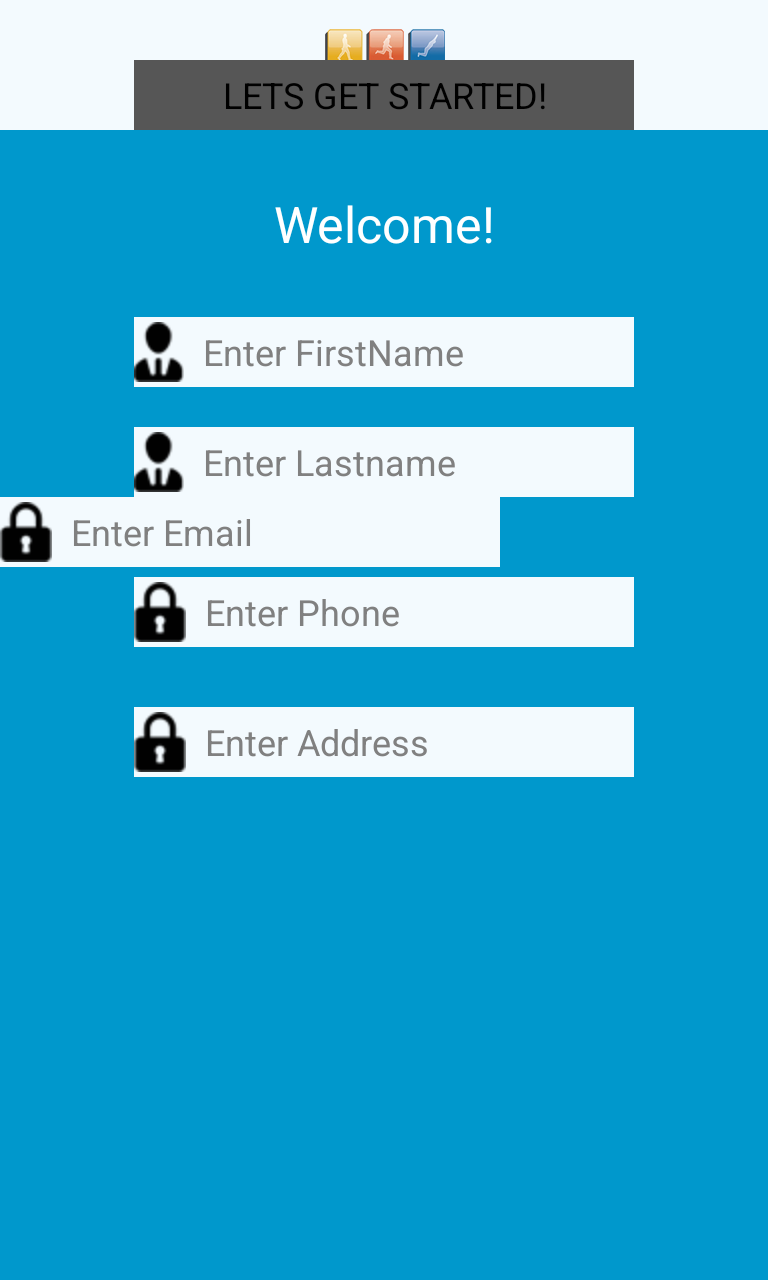
Repository: nanoweb12/GoodFeetAppNew
Layout: GoodFeetapp/res/layout/lookup_crm.xml
The author's editor kept a copy of each file at every save. The layout is drawn from the files as they stood at one save, then again after the next save.
It is drawn on a 768 x 1280 px phone screen (xhdpi) without system bars, with theme MyTheme; the app's code is not run.

Above is the layout before, as saved 2015-02-20 05:44:18.

### GoodFeetapp/res/layout/lookup_crm.xml
<?xml version="1.0" encoding="utf-8"?>
<RelativeLayout xmlns:android="http://schemas.android.com/apk/res/android"
    android:layout_width="match_parent"
    android:layout_height="match_parent"
    android:orientation="vertical"
     android:background="#0098cc">


       <LinearLayout
        android:id="@+id/appicon"
        android:layout_width="match_parent"
        android:layout_height="65dp"
        android:background="#f3fafe"
        android:gravity="center"
        android:orientation="horizontal" >

        <ImageView
            android:layout_width="wrap_content"
            android:layout_marginTop="9dp"
            android:layout_marginBottom="9dp"
            android:layout_height="wrap_content"
            android:layout_gravity="center"
            android:scaleType="fitCenter"
            android:src="@drawable/logo3" />
    </LinearLayout>

      <TextView
        android:id="@+id/txt_welcomel"
        android:layout_width="fill_parent"
        android:layout_height="wrap_content"
        android:layout_below="@+id/appicon"
        android:layout_marginTop="30dp"
        android:gravity="center_horizontal"
        android:text="Welcome!"
        android:textColor="#ffffff"
        android:textSize="25sp" />

    <EditText
        android:id="@+id/edt_Fname"
        android:layout_width="250dp"
        android:layout_height="35dp"
        android:layout_below="@+id/txt_welcomel"
        android:layout_centerInParent="true"
        android:layout_marginTop="30dp"
        android:background="#f3fafe"
        android:drawableLeft="@drawable/men"
        android:drawablePadding="5dp"
        android:editable="true"
        android:hint=" Enter FirstName" />

    <EditText
        android:id="@+id/edt_Lname"
        android:layout_width="250dp"
        android:layout_height="35dp"
        android:layout_below="@+id/edt_Fname"
        android:layout_centerHorizontal="true"
        android:layout_marginTop="20dp"
        android:background="#f3fafe"
        android:drawableLeft="@drawable/men"
        android:drawablePadding="5dp"
        android:editable="true"
        android:hint=" Enter Lastname" />

      <EditText
        android:id="@+id/edt_email"
        android:layout_width="250dp"
        android:layout_height="35dp"
        android:layout_below="@+id/edt_Lname"


        android:background="#f3fafe"
        android:drawableLeft="@drawable/lock"
        android:drawablePadding="5dp"
        android:editable="true"
        android:hint=" Enter Email" />



        <EditText
        android:id="@+id/edt_phone"
        android:layout_width="250dp"
        android:layout_height="35dp"
        android:layout_below="@+id/edt_Lname"
        android:layout_centerHorizontal="true"
        android:layout_marginTop="40dp"
        android:background="#f3fafe"
        android:drawableLeft="@drawable/lock"
        android:drawablePadding="5dp"
        android:editable="true"
        android:hint=" Enter Phone" />




        <EditText
        android:id="@+id/edt_address"
        android:layout_width="250dp"
        android:layout_height="35dp"
        android:layout_below="@+id/edt_phone"
        android:layout_centerHorizontal="true"
        android:layout_marginTop="30dp"
        android:background="#f3fafe"
        android:drawableLeft="@drawable/lock"
        android:drawablePadding="5dp"
        android:editable="true"
        android:hint=" Enter Address" />


    <Button
        android:id="@+id/btn_getstart"
        android:layout_width="250dp"
        android:layout_height="35dp"
        android:layout_below="@+id/email"
        android:layout_centerHorizontal="true"
        android:layout_marginTop="30dp"
        android:background="#565656"
        android:gravity="center"
        android:text="LETS GET STARTED!" />




</RelativeLayout>

### GoodFeetapp/res/values-v11/styles.xml
<resources>
    <style name="MyTheme" parent="@android:style/Theme.Holo.Light">

    </style>

    <style name="MyActionBar" parent="@android:style/Widget.Holo.Light.ActionBar">
    <item name="android:actionBarSize">70dip</item>
         <item name="android:background">#D3D3D3</item>
    </style>
</resources>

### GoodFeetapp/res/values-v14/styles.xml
<!-- <resources>
    the theme applied to the application or activity
    <style name="CustomActionBarTheme"
           parent="@android:style/Theme.Holo.Light.DarkActionBar">

    </style>

    ActionBar styles
    <style name="MyActionBar"
           parent="@android:style/Widget.Holo.Light.ActionBar.Solid.Inverse">
       <item name="android:actionBarSize">70dip</item>
         <item name="android:background">#D3D3D3</item>

    </style>
</resources> -->

<resources>
    <style name="MyTheme" parent="@android:style/Theme.Holo.Light">

    </style>

    <style name="MyActionBar" parent="@android:style/Widget.Holo.Light.ActionBar">
    <item name="android:actionBarSize">100dip</item>
         <item name="android:background">#D3D3D3</item>
    </style>
</resources>

### GoodFeetapp/res/values/styles.xml
<resources>
    <style name="MyTheme" parent="@android:style/Theme.Holo.Light">

    </style>

    <style name="MyActionBar" parent="@android:style/Widget.Holo.Light.ActionBar">
    <item name="android:actionBarSize">70dip</item>
         <item name="android:background">#D3D3D3</item>
    </style>
</resources>

After the next save:
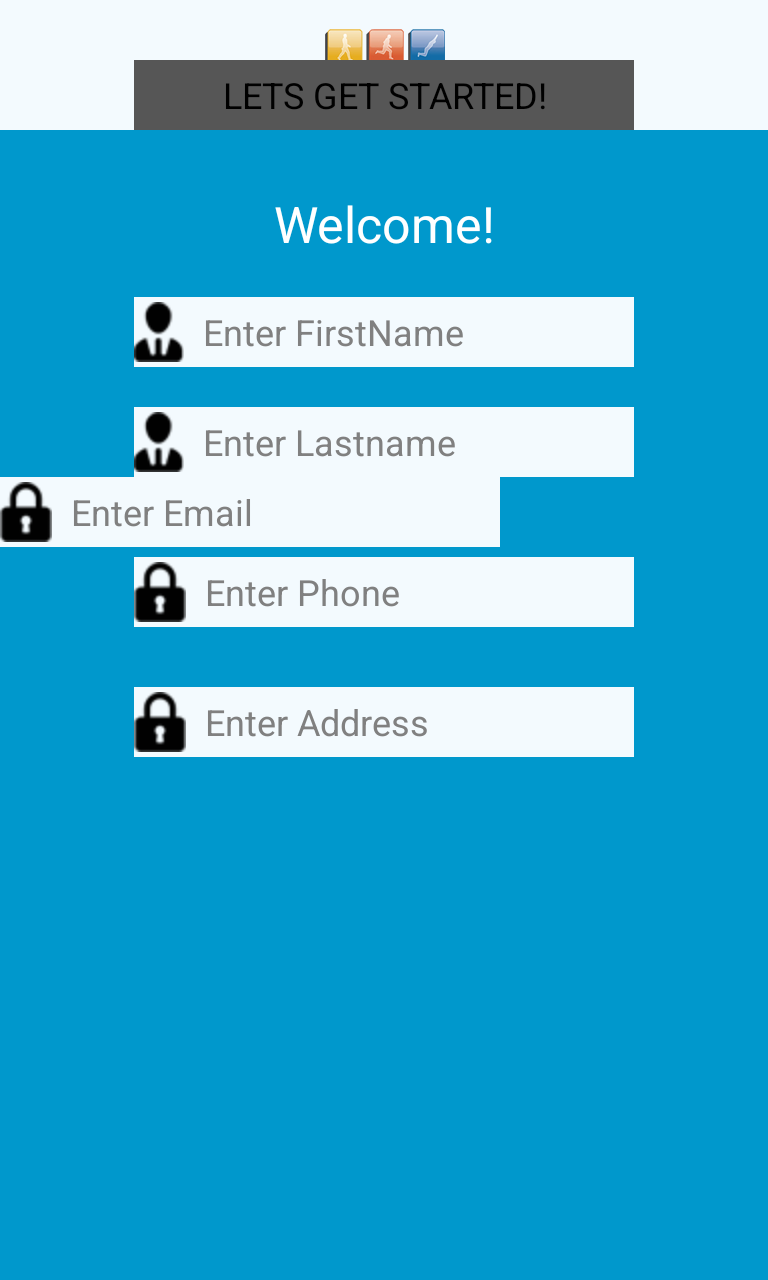
Saved 42 s later.
--- a/GoodFeetapp/res/layout/lookup_crm.xml
+++ b/GoodFeetapp/res/layout/lookup_crm.xml
@@ -41,7 +41,7 @@
         android:layout_height="35dp"
         android:layout_below="@+id/txt_welcomel"
         android:layout_centerInParent="true"
-        android:layout_marginTop="30dp"
+        android:layout_marginTop="20dp"
         android:background="#f3fafe"
         android:drawableLeft="@drawable/men"
         android:drawablePadding="5dp"
